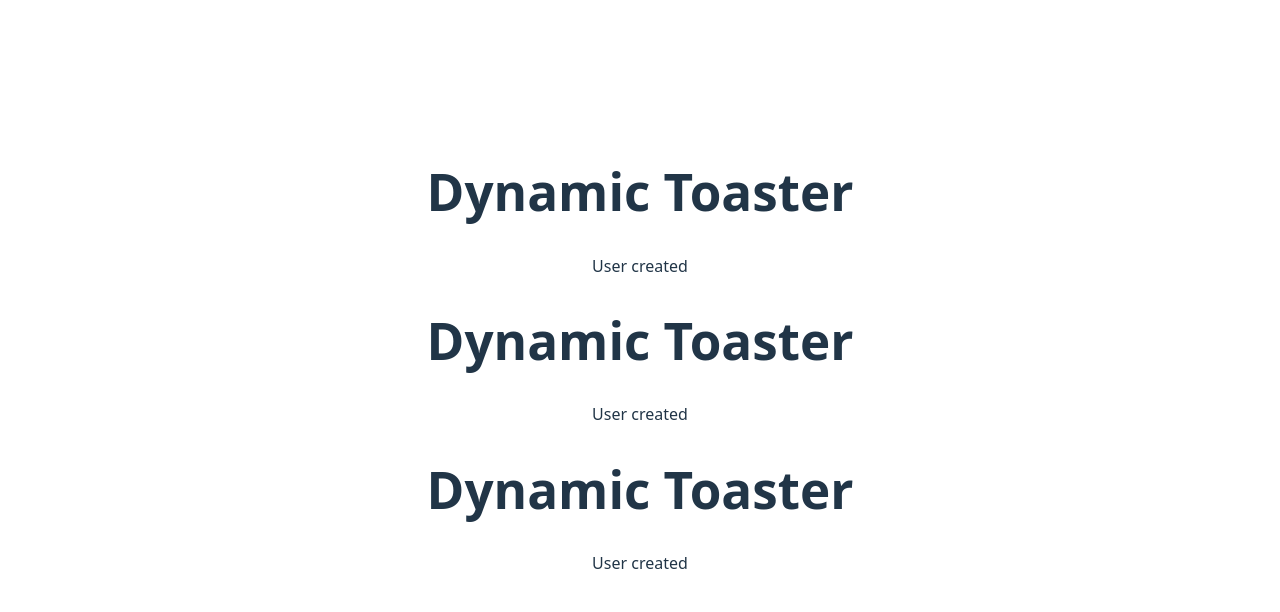
Repository: Janum4444/React-learning
Page: /
An editor plug-in stored every save of this project. The page is shown before and after the next save, followed by the edit.
The browser window is 1280 px wide. The pictures show the whole page.
The project was rebuilt for these pictures with package versions that can differ from the ones it lists, and the page was loaded fresh each time. Also part of the build but not shown: vite.config.js, src/Hello.jsx, src/UserProfile.jsx.

Above is the page before, as saved 2026-02-22 12:21:44.

After the next save:
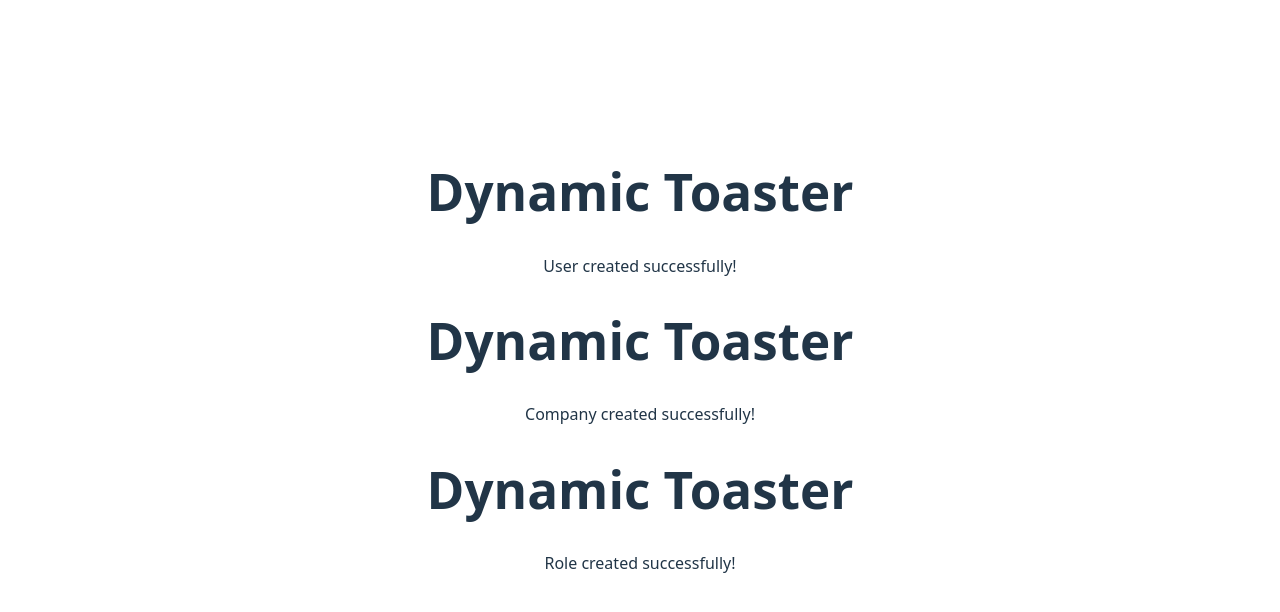
Saved 32 s later.
--- a/src/DynamicToaster.jsx
+++ b/src/DynamicToaster.jsx
@@ -1,8 +1,8 @@
-export const DynamicToaster = () => {
+export const DynamicToaster = (props) => {
     return (
         <div>
             <h1> Dynamic Toaster </h1>
-            <p>User created </p>
+            <p>{props.message}</p>
         </div>
     )
 }
